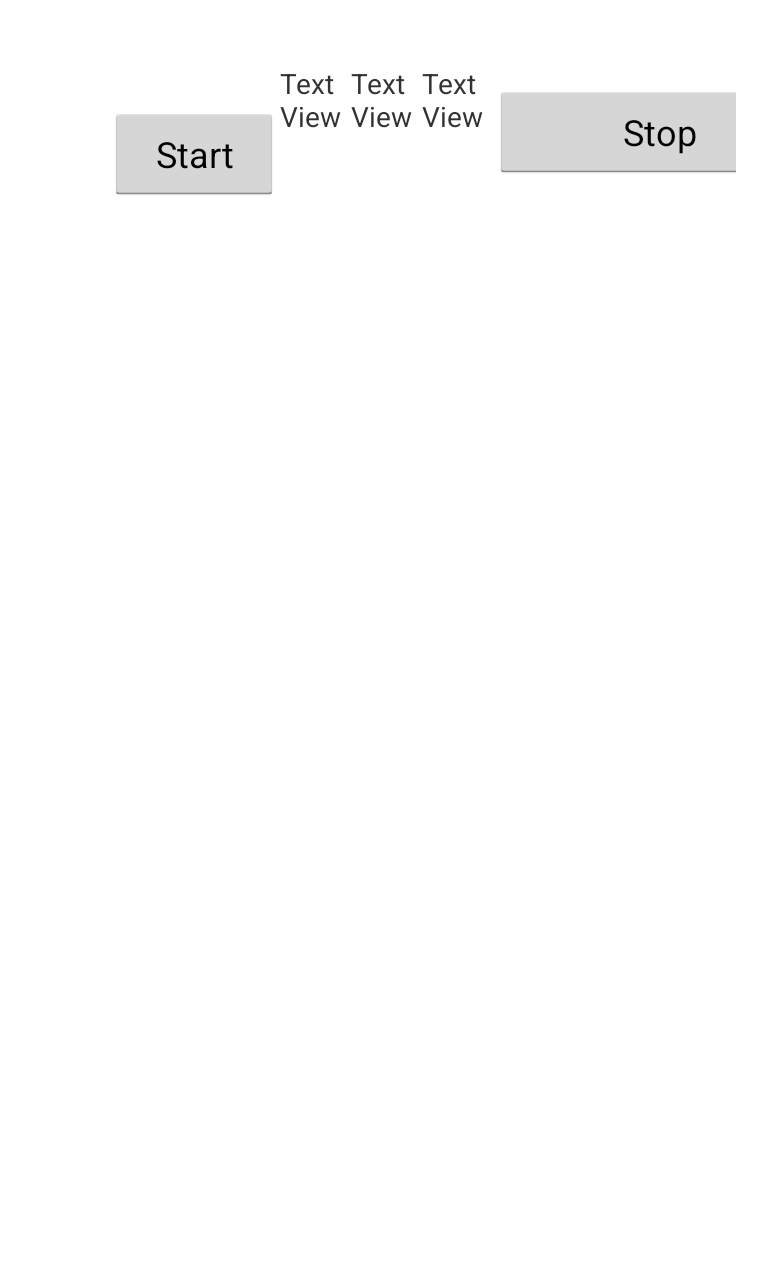
Repository: rjauquet/Android-ECE454
Layout: StopWatch/res/layout/activity_main.xml
These files come from the project's save history. The layout is drawn as it stood at one moment and after the next save; the edit follows.
It is drawn on a 768 x 1280 px phone screen (xhdpi) without system bars, with theme AppTheme; the app's code is not run.

Above is the layout before, as saved 2013-09-05 21:37:01.

### StopWatch/res/layout/activity_main.xml
<LinearLayout xmlns:android="http://schemas.android.com/apk/res/android"
    xmlns:tools="http://schemas.android.com/tools"
    android:layout_width="match_parent"
    android:layout_height="match_parent"
    android:paddingBottom="@dimen/activity_vertical_margin"
    android:paddingLeft="@dimen/activity_horizontal_margin"
    android:paddingRight="@dimen/activity_horizontal_margin"
    android:paddingTop="@dimen/activity_vertical_margin"
    tools:context=".MainActivity" >

    <Button
        android:id="@+id/start"
        android:layout_width="108dp"
        android:layout_height="wrap_content"
        android:layout_marginLeft="38dp"
        android:layout_marginTop="37dp"
        android:layout_weight="0.03"
        android:text="Start" />

    <TextView
        android:id="@+id/hoursView"
        android:layout_width="wrap_content"
        android:layout_height="wrap_content"
        android:layout_weight="0.03"
        android:text="TextView" />

    <TextView
        android:id="@+id/minutesView"
        android:layout_width="wrap_content"
        android:layout_height="wrap_content"
        android:layout_weight="0.03"
        android:text="TextView" />

    <TextView
        android:id="@+id/secondsView"
        android:layout_width="wrap_content"
        android:layout_height="wrap_content"
        android:layout_weight="0.03"
        android:text="TextView" />

    <Button
        android:id="@+id/stop"
        android:layout_width="166dp"
        android:layout_height="wrap_content"
        android:layout_marginTop="26dp"
        android:text="Stop" />

    <Button
        android:id="@+id/pause"
        android:layout_width="wrap_content"
        android:layout_height="wrap_content"
        android:layout_marginTop="32dp"
        android:layout_weight="0.16"
        android:text="Pause" />

</LinearLayout>

Loaded but not shown: StopWatch/res/values/styles.xml (common file); StopWatch/res/values-v11/styles.xml (common file); StopWatch/res/values-v14/styles.xml (common file); StopWatch/res/values/dimens.xml (common file)

After the next save:
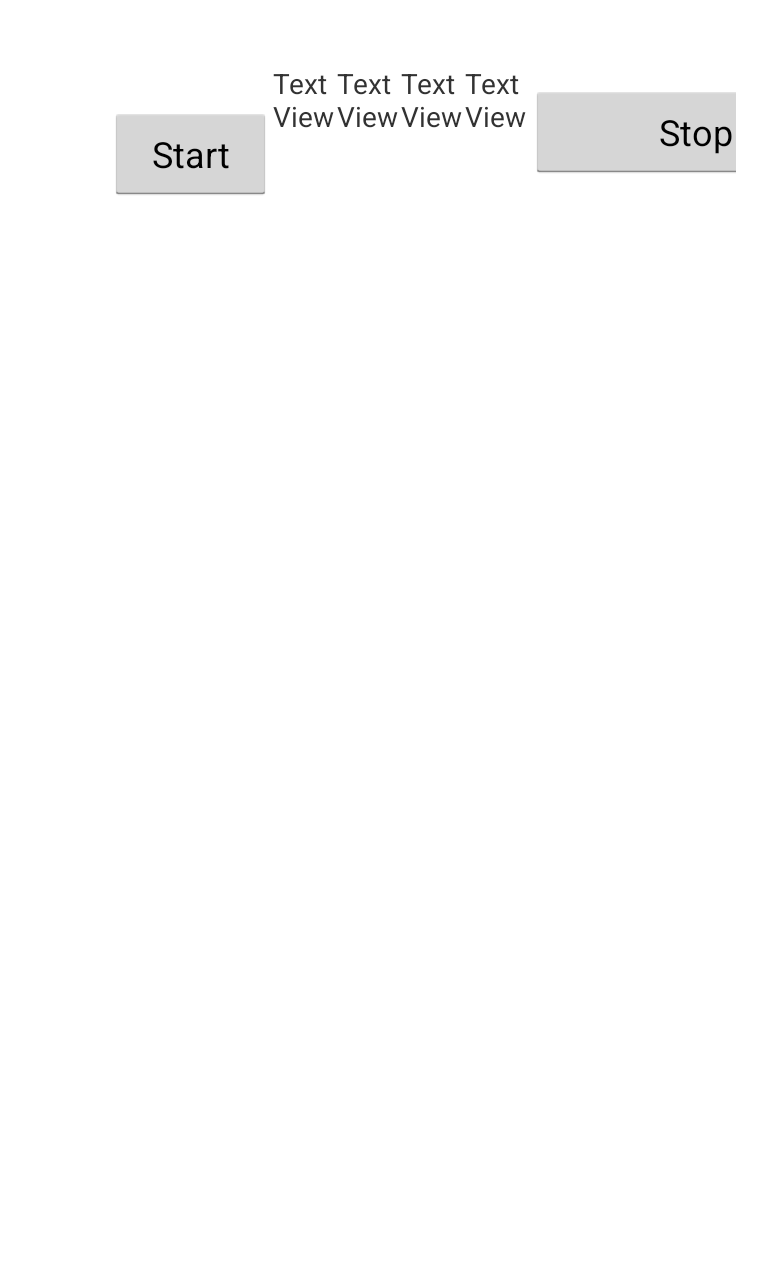
Saved 18 min 14 s later.
--- a/StopWatch/res/layout/activity_main.xml
+++ b/StopWatch/res/layout/activity_main.xml
@@ -38,6 +38,13 @@
         android:layout_weight="0.03"
         android:text="TextView" />
 
+    <TextView
+        android:id="@+id/milisecondsView"
+        android:layout_width="wrap_content"
+        android:layout_height="wrap_content"
+        android:layout_weight="0.03"
+        android:text="TextView" />
+
     <Button
         android:id="@+id/stop"
         android:layout_width="166dp"
